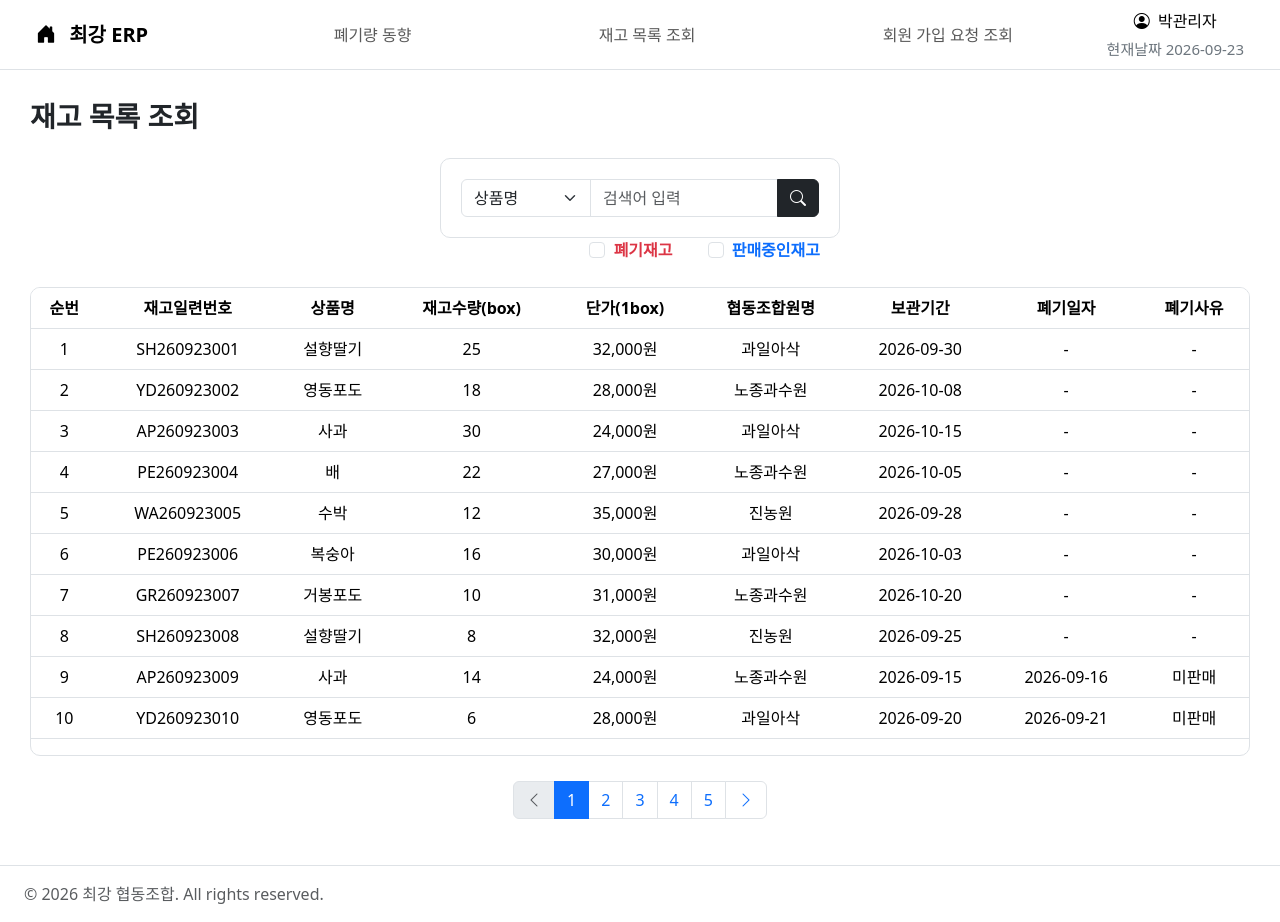
Repository: nojong99/kosta
Page: http://localhost/32_MVCModel2/view/memberInventoryList.jsp
The author's editor kept a copy of each file at every save. The page is drawn from the files as they stood at one save, then again after the next save.
The browser window is 1280 px wide. The pictures show the whole page.
The page is served by Tomcat 9.

Above is the page before, as saved 2026-09-23 07:28:38.

After the next save:
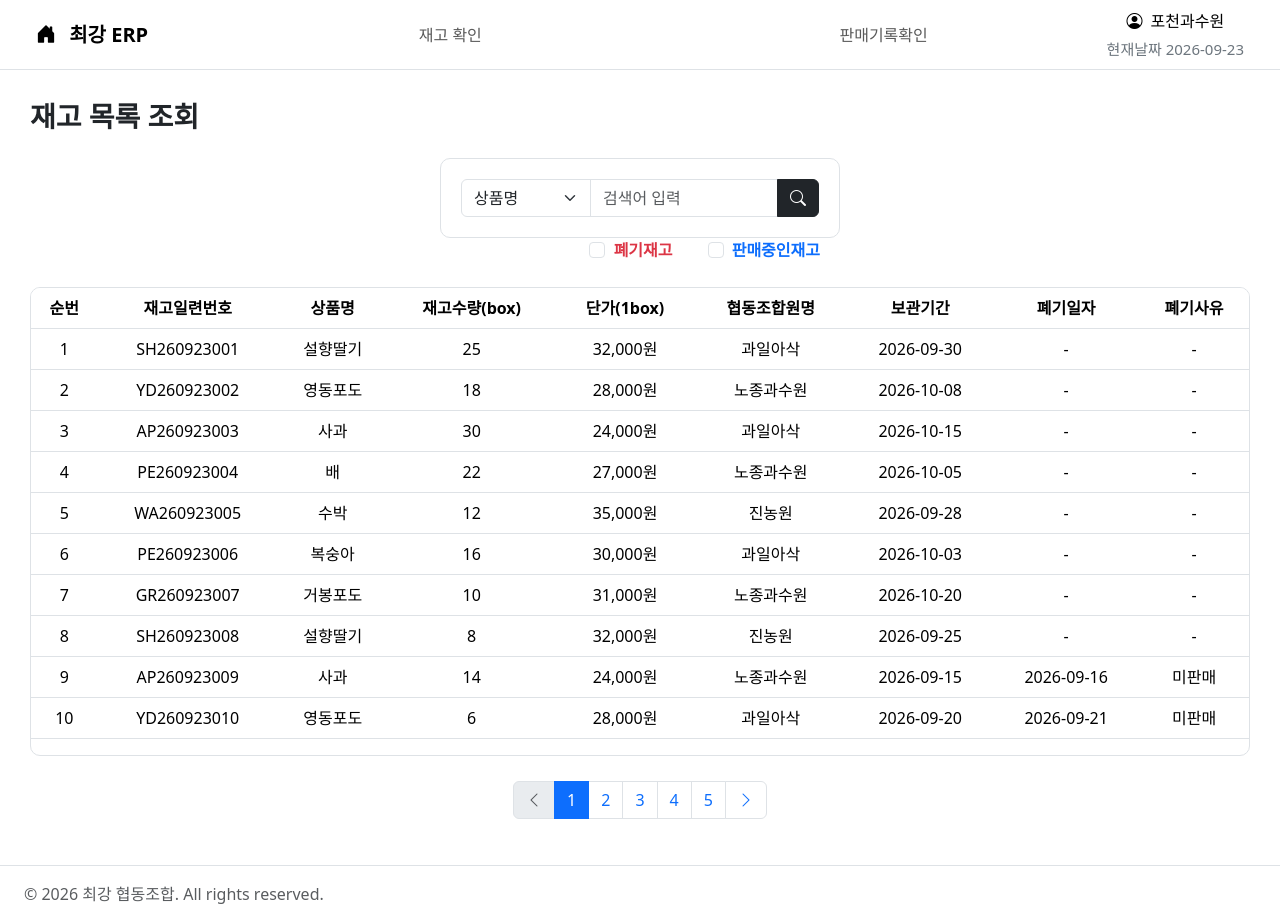
Saved 10 s later.
--- a/32_MVCModel2/src/main/webapp/view/memberInventoryList.jsp
+++ b/32_MVCModel2/src/main/webapp/view/memberInventoryList.jsp
@@ -19,7 +19,7 @@
 
 <body>
 
-	<%@ include file="adminHeader.jsp"%>
+	<%@ include file="memberHeader.jsp"%>
 
 
 	<main class="inventory-page">
